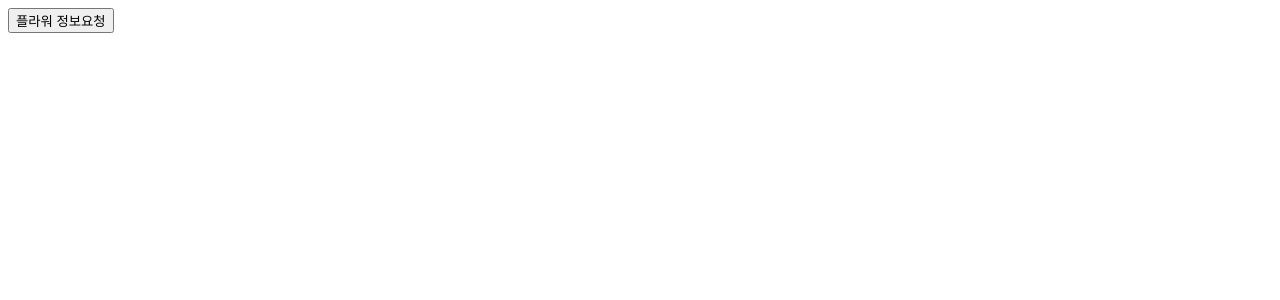
Repository: qkr5318/JSP_STUDY
Page: SIXTH_JSP/WebContent/study02/ajax2.html
An editor plug-in stored every save of this project. The page is shown before and after the next save, followed by the edit.
The browser window is 1280 px wide. The pictures show the whole page.

Above is the page before, as saved 2023-01-06 06:54:33.

### SIXTH_JSP/WebContent/study02/ajax2.html
<!DOCTYPE html>
<html lang="ko">
<head>
<meta charset="UTF-8">
<meta name="viewport" content="width=device-width, initial-scale=1.0" />
<title>ajax2.html 소스코딩</title>
<!-- jQuery는 파일 연계 방식 또는 CDN 연계 방식으로 활용이 가능하며,
          여기서는 CDN 연계 방식으로 활용합니다. -->
<script  src="http://code.jquery.com/jquery-latest.min.js"></script>

 <!-- 브라우저에서는 XML 데이터를 받은 후 제이쿼리의 find()에 메서드에
 	title 태그, write 태그, image 태그 이름으로 호출하여
 	각각의 플라워 정보를 가져옵니다. -->

<script type="text/javascript">
	function fn_process() {
		$.ajax({
			// get 방식으로 전송합니다.
			type : "post",
		// 응답 데이터를 텍스트로 지정합니다.
			async: false,
			// 전송할 서블릿을 지정합니다.
			url:"http://localhost:9005/ajaxText2",
			// 전송과 응답이 성공했을 경우의 작업을 설정합니다.

			// 데이터를 XML 형식으로 받습니다.
			datType : "XML",

			success:function(info, textStatus){
				$(info).find("flower").each(function(){
					// 전송된 XML 데이터에서 엘리먼트(태그) 이름으로 데이터를 가져옵니다.
					var title = $(this).find("title").text();
					var writer = $(this).find("writer").text();
					var image = $(this).find("image").text();

					//id가 flowerInfo 인 div 엘리먼트(태그)에
					//플라워 정보를 표시합니다.
					$("#flowerInfo").append(
						"<p>" + title + "</p>" +
						"<p>" + writer + "</p>" +
						//아래 " />" 부분에서 /> 앞에 공백 필요함
						"<img src =" + image + " />"
					);
				});
			},
			// 작업 중 오류가 발생했을 경우에 수행할 작업을 설정합니다.
			error : function(){
				alert("에러가 발생했습니다.");
			},
			// 작업 완료시 수행할 작업을 설정합니다.
			complete : function(){
				alert("작업을 완료했습니다.")
			}
		});
	}



</script>
</head>
<body>
	<input type="button" value="플라워 정보요청" onclick="fn_process()"/>
	<br> <br>
	<div id="flowerInfo"></div>
	<br>
</body>
</html>

After the next save:
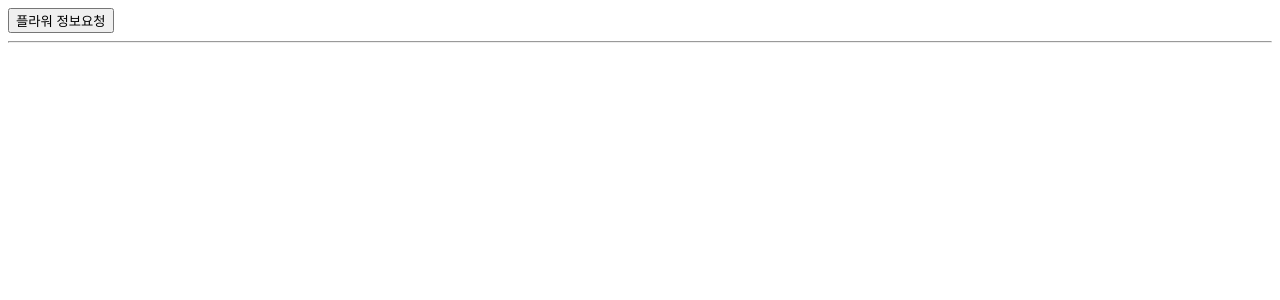
Saved 3 min 23 s later.
--- a/SIXTH_JSP/WebContent/study02/ajax2.html
+++ b/SIXTH_JSP/WebContent/study02/ajax2.html
@@ -60,8 +60,7 @@
 </head>
 <body>
 	<input type="button" value="플라워 정보요청" onclick="fn_process()"/>
-	<br> <br>
+	<br> <hr>
 	<div id="flowerInfo"></div>
-	<br>
 </body>
 </html>
